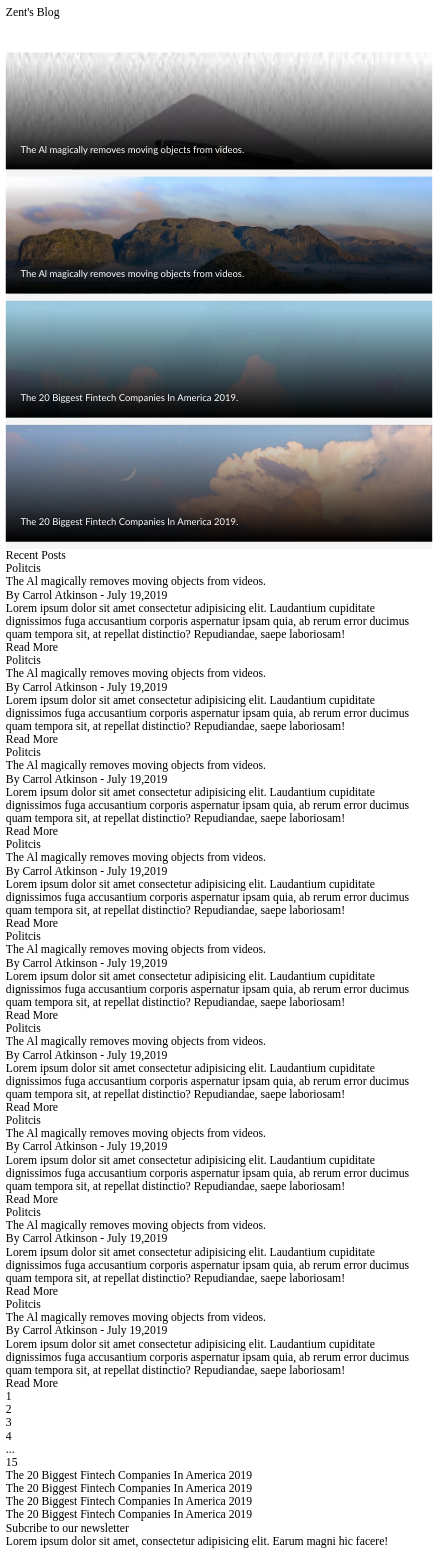
Repository: giacatdat2k5/html3
Page: html3.vs/7.1.html
An editor plug-in stored every save of this project. The page is shown before and after the next save, followed by the edit.
The browser window is 600 px wide. The pictures show the whole page, at 73% of full size.

Above is the page before, as saved 2023-09-27 21:12:08.

### html3.vs/7.1.html
<!DOCTYPE html>
<html lang="en">
<head>
    <meta charset="UTF-8">
    <meta name="viewport" content="width=device-width, initial-scale=1.0">
    <title>7.2</title>
    <link rel="stylesheet" type="text/css" href="7.1.css">
    <link rel="stylesheet" href="https://cdnjs.cloudflare.com/ajax/libs/font-awesome/6.4.2/css/all.min.css"/>
</head>
<body>
    <div id="header">
        <div class="logo">Zent's Blog </div>
        <div class="menu">
            <div class="items">Home</div>
            <div class="items">Politcis</div>
            <div class="items">Tech</div>
            <div class="items">Entertaiment</div>
            <div class="items">Travels</div>
            <div class="items">Sports</div>
            <div class="search"><i class="fa-solid fa-magnifying-glass"></i></div>
        </div>
    </div>
    <div id="content">
        <div class="left">
            <div class="imageleft">
                <div class="iamge1">
                    <div class="edit">The Al magically removes moving objects from videos.</div>
                </div>
                <div class="iamge2">
                    <div class="edit">The Al magically removes moving objects from videos.</div>
                </div>
            </div>
        </div>
        <div class="center">
            <div class="imagecenter">
                <div class="iamge3">
                    <div class="edit">The Al magically removes moving objects from videos.</div>
                </div>
            </div>
        </div>
        <div class="right">
            <div class="iamgeright">
                <div class="iamge4">
                    <div class="edit">
                        The 20 Biggest Fintech Companies In
                        America 2019.</div>
                </div>
                <div class="iamge5">
                    <div class="edit">
                        The 20 Biggest Fintech Companies In
                        America 2019.</div>
                </div>
            </div>
        </div>
    </div>
    <div id="header2">Recent Posts</div>
    <div id="content2">
        <div class="centercontent2">
            <div class="ccitems">
                <div class="picture"></div>
                <div class="tag">
                    <div class="tagitem">Politcis</div>
                </div>
                <div class="text">The Al magically removes moving objects from videos.</div>
                <div class="author">
                <div class="avt"></div>
                <div class="name">
                    <span class="c">By</span>
                    Carrol Atkinson
                    <span class="c">- July 19,2019</span>
                </div>
                </div>
                <div class="lorem">Lorem ipsum dolor sit amet consectetur adipisicing elit. Laudantium cupiditate dignissimos fuga accusantium corporis aspernatur ipsam quia, ab rerum error ducimus quam tempora sit, at repellat distinctio? Repudiandae, saepe laboriosam!</div>
                <div class="read"> Read More</div>
            </div>
            <div class="ccitems"><div class="picture"></div>
            <div class="tag">
                <div class="tagitem">Politcis</div>
            </div>
            <div class="text">The Al magically removes moving objects from videos.</div>
            <div class="author">
            <div class="avt"></div>
            <div class="name">
                <span class="c">By</span>
                Carrol Atkinson
                <span class="c">- July 19,2019</span>
            </div>
            </div>
            <div class="lorem">Lorem ipsum dolor sit amet consectetur adipisicing elit. Laudantium cupiditate dignissimos fuga accusantium corporis aspernatur ipsam quia, ab rerum error ducimus quam tempora sit, at repellat distinctio? Repudiandae, saepe laboriosam!</div>
            <div class="read"> Read More</div></div>
            <div class="ccitems"><div class="picture"></div>
            <div class="tag">
                <div class="tagitem">Politcis</div>
            </div>
            <div class="text">The Al magically removes moving objects from videos.</div>
            <div class="author">
            <div class="avt"></div>
            <div class="name">
                <span class="c">By</span>
                Carrol Atkinson
                <span class="c">- July 19,2019</span>
            </div>
            </div>
            <div class="lorem">Lorem ipsum dolor sit amet consectetur adipisicing elit. Laudantium cupiditate dignissimos fuga accusantium corporis aspernatur ipsam quia, ab rerum error ducimus quam tempora sit, at repellat distinctio? Repudiandae, saepe laboriosam!</div>
            <div class="read"> Read More</div></div>
            <div class="ccitems"><div class="picture"></div>
            <div class="tag">
                <div class="tagitem">Politcis</div>
            </div>
            <div class="text">The Al magically removes moving objects from videos.</div>
            <div class="author">
            <div class="avt"></div>
            <div class="name">
                <span class="c">By</span>
                Carrol Atkinson
                <span class="c">- July 19,2019</span>
            </div>
            </div>
            <div class="lorem">Lorem ipsum dolor sit amet consectetur adipisicing elit. Laudantium cupiditate dignissimos fuga accusantium corporis aspernatur ipsam quia, ab rerum error ducimus quam tempora sit, at repellat distinctio? Repudiandae, saepe laboriosam!</div>
            <div class="read"> Read More</div></div>
            <div class="ccitems"><div class="picture"></div>
            <div class="tag">
                <div class="tagitem">Politcis</div>
            </div>
            <div class="text">The Al magically removes moving objects from videos.</div>
            <div class="author">
            <div class="avt"></div>
            <div class="name">
                <span class="c">By</span>
                Carrol Atkinson
                <span class="c">- July 19,2019</span>
            </div>
            </div>
            <div class="lorem">Lorem ipsum dolor sit amet consectetur adipisicing elit. Laudantium cupiditate dignissimos fuga accusantium corporis aspernatur ipsam quia, ab rerum error ducimus quam tempora sit, at repellat distinctio? Repudiandae, saepe laboriosam!</div>
            <div class="read"> Read More</div></div>
            <div class="ccitems"><div class="picture"></div>
            <div class="tag">
                <div class="tagitem">Politcis</div>
            </div>
            <div class="text">The Al magically removes moving objects from videos.</div>
            <div class="author">
            <div class="avt"></div>
            <div class="name">
                <span class="c">By</span>
                Carrol Atkinson
                <span class="c">- July 19,2019</span>
            </div>
            </div>
            <div class="lorem">Lorem ipsum dolor sit amet consectetur adipisicing elit. Laudantium cupiditate dignissimos fuga accusantium corporis aspernatur ipsam quia, ab rerum error ducimus quam tempora sit, at repellat distinctio? Repudiandae, saepe laboriosam!</div>
            <div class="read"> Read More</div></div>
            <div class="ccitems"><div class="picture"></div>
            <div class="tag">
                <div class="tagitem">Politcis</div>
            </div>
            <div class="text">The Al magically removes moving objects from videos.</div>
            <div class="author">
            <div class="avt"></div>
            <div class="name">
                <span class="c">By</span>
                Carrol Atkinson
                <span class="c">- July 19,2019</span>
            </div>
            </div>
            <div class="lorem">Lorem ipsum dolor sit amet consectetur adipisicing elit. Laudantium cupiditate dignissimos fuga accusantium corporis aspernatur ipsam quia, ab rerum error ducimus quam tempora sit, at repellat distinctio? Repudiandae, saepe laboriosam!</div>
            <div class="read"> Read More</div></div>
            <div class="ccitems"><div class="picture"></div>
            <div class="tag">
                <div class="tagitem">Politcis</div>
            </div>
            <div class="text">The Al magically removes moving objects from videos.</div>
            <div class="author">
            <div class="avt"></div>
            <div class="name">
                <span class="c">By</span>
                Carrol Atkinson
                <span class="c">- July 19,2019</span>
            </div>
            </div>
            <div class="lorem">Lorem ipsum dolor sit amet consectetur adipisicing elit. Laudantium cupiditate dignissimos fuga accusantium corporis aspernatur ipsam quia, ab rerum error ducimus quam tempora sit, at repellat distinctio? Repudiandae, saepe laboriosam!</div>
            <div class="read"> Read More</div></div>
            <div class="ccitems"><div class="picture"></div>
            <div class="tag">
                <div class="tagitem">Politcis</div>
            </div>
            <div class="text">The Al magically removes moving objects from videos.</div>
            <div class="author">
            <div class="avt"></div>
            <div class="name">
                <span class="c">By</span>
                Carrol Atkinson
                <span class="c">- July 19,2019</span>
            </div>
            </div>
            <div class="lorem">Lorem ipsum dolor sit amet consectetur adipisicing elit. Laudantium cupiditate dignissimos fuga accusantium corporis aspernatur ipsam quia, ab rerum error ducimus quam tempora sit, at repellat distinctio? Repudiandae, saepe laboriosam!</div>
            <div class="read"> Read More</div></div>
            </div>
        </div>
    <div class="page">
        <div class="kofull">1</div>
        <div class="full">2</div>
        <div class="full">3</div>
        <div class="full">4</div>
        <div class="kofullfull">...</div>
        <div class="full">15</div>
    </div>
    <div class="content3">
        <div class="content3left">
            <div class="c3l1">
                <div class="c3l4">
                    <div class="edit2">
                        The 20 Biggest Fintech Companies In
                        America 2019
                    </div>
                </div>
            </div>
            <div class="c3l2">
                <div class="c3l3"> <div class="edit3">
                    The 20 Biggest Fintech Companies In
                    America 2019
                    </div></div>
                <div class="c3l3"> <div class="edit3">
                    The 20 Biggest Fintech Companies In
                    America 2019
                </div></div>
            </div>
        </div>
        <div class="content3right">
            <div class="c3r">
                <div class="edit4">
                    The 20 Biggest Fintech Companies In
                    America 2019
                </div>
        </div>
        </div>
    </div>
    <div class="footer">
        <div class="ft1">Subcribe to our newsletter</div>
        <div class="ft2">Lorem ipsum dolor sit amet, consectetur adipisicing elit. Earum magni hic facere! </div>

    </div>
</body>
</html>

### html3.vs/7.1.css
@media all and (min-width: 992px){
*{
    margin:0;
    padding: 0;
    font-family:'Trebuchet MS', 'Lucida Sans Unicode', 'Lucida Grande', 'Lucida Sans', Arial, sans-serif;
}
#header{
    width: 100%;
    height: 3em;
    display: flex;
    justify-content: space-between;
}
.logo{
    font-size: 20px;
    width: 120px;
    text-align: center;
    padding: 10px;
    font-weight: bold;
    font-family:'Trebuchet MS', 'Lucida Sans Unicode', 'Lucida Grande', 'Lucida Sans', Arial, sans-serif;

}
.menu{
    width: 510px;
    display: flex;
}
.items{
    width: 90px;
    padding: 10px;
    font-weight: bold;
    font-family:'Trebuchet MS', 'Lucida Sans Unicode', 'Lucida Grande', 'Lucida Sans', Arial, sans-serif;
}
.search{
    width: 30px;
    padding: 10px;
}
#content{
    width: 100%;
    height: 430px;
    background-color:whitesmoke;
    display: flex;
}
.left{
    width: 38%;
    height: 100%;

    display: flex;
    justify-content: right;
    align-items: center;
}
.center{
    width: 26%;
    height: 100%;
    display: flex;
    align-items:center;
    justify-content: center;
}
.right{
    width: 38%;
    height: 100%;

    display: flex;
    justify-content: left;
    align-items: center;
}
.imageleft{
    width: 65%;
    height: 100%;
    display: flex;
    flex-wrap: wrap;
    align-items: center;
}
.iamge1{
    background-image: url('image5.jpeg');
    background-size: cover;
    width: 100%;
    height: 160px;
    display:flex;
    align-items: end;
}
.iamge2{
    background-image: url('image3.jpeg');
    background-size: cover;
    width: 100%;
    height: 160px;
    display:flex;
    align-items: end;
}
.edit{
    width: 100%;
    height: 80%;
    background: linear-gradient(to bottom, transparent, rgba(0, 0, 0, 1));
    color:white;
    display:flex;
    align-items: end;
    padding-left: 20px;
    padding-bottom: 20px;
    padding-right: 20px;
    font-family:'Trebuchet MS', 'Lucida Sans Unicode', 'Lucida Grande', 'Lucida Sans', Arial, sans-serif;
    font-size: small;
    text-shadow: 0 0 10px rgba(0, 0, 0, 0.5);
}
.imagecenter{
    width: 80%;
    height:372px;
    align-items:center;
    justify-content: center;
}
.iamge3{
    background-image: url('anh dọc.jpeg');
    background-size: cover;
    width: 100%;
    height: 100%;
    display:flex;
    align-items: end;
}
.iamgeright{
    width: 65%;
    height: 100%;
    display: flex;
    flex-wrap: wrap;
    align-items: center;
}
.iamge4{
    background-image: url('anh ngang 1.jpeg');
    background-size: cover;
    width: 100%;
    height: 160px;
    display:flex;
    align-items: end;
}
.iamge5{
    background-image: url('ảnh ngnag 2.jpeg');
    background-size: cover;
    width: 100%;
    height: 160px;
    display:flex;
    align-items: end;
}
#header2{
    width: 100%;
    height: 6em;
    font-size:xx-large;
    display: flex;
    align-items: center;
    padding-left: 182px;
}
#content2{
    width: 100%;
    height: 1950px;
    display: flex;
    justify-content: center
}
.centercontent2{
    width:1032px;
    height: 100%;
    display: flex;
    flex-wrap: wrap;
    border-bottom: 1px solid black;
}
.ccitems{
    width: 33.33333%;
    height: 33.333333%;
}
.picture{
    width: 90%;
    height: 200px;
    background-image: url('anh ngang 1.jpeg');
    background-size: cover;
    border-radius: 5%;
}
.tag{
    width: 90%;
    height: 30px;
    display: flex;
    align-items: center;
    padding-left: 20px;
}
.tagitem{
    width: 70px;
    height: 20px;
    color: white;
    background-color: darkcyan;
    border-radius: 5px;
    display: flex;
    justify-content: center;
    align-items: center;
}
.text{
    width: 90%;
    height: 80px;
    display: flex;
    padding-left: 20px;
    font-size: 21px;
}
.author{
    width: 90%;
    height: 80px;
    display: flex;
    align-items: center;
    padding-left: 20px;
}
.avt{
    width: 50px;
    height: 50px;
    background-image: url('pngtree-hand-draw-person-avatar-icon-vector-png-image_7102689.png');
    background-size: cover;
    border-radius: 50%;
}
.name{
    width: 260px;
    height: 100%;
    display: flex;
    align-items: center;
    font-size: small;
}
.c{
    color: #ccc;
}
.lorem{
    width: 90%;
    height: 185px;
    display: flex;
    padding-left: 20px;
    font-size: 15px;
    line-height: 30px;
    font-weight:lighter;
}
.read{
    width: 90%;
    height: 80px;
    display: flex;
    padding-left: 20px;
    color:#00CCFF;
}
.page{
    width: 100%;
    height: 120px;
    display: flex;
    justify-content: center;
    align-items:center;
}
.kofull{
    color:black;
    background-color: white;
    margin:2px;
    width: 30px;
    height: 30px;
    display: flex;
    align-items: center;
    justify-content: center;
}
.full{
    color:white;
    background-color: #3399FF;
    margin:2px;
    width: 30px;
    height: 30px;
    border-radius: 50%;
    display: flex;
    align-items: center;
    justify-content: center;
}
.content3{
    width: 100%;
    height: 650px;
    background-color:whitesmoke;
    display: flex;
}
.content3left{
    width: 55%;
    height: 100%;
    display:flex ;
    flex-wrap: wrap;
}
.content3right{
    width: 45%;
    height: 100%;
    display: flex;
    align-items: center;

}
.c3l1{
    width: 100%;
    height: 55%;
    display: flex;
    align-items: center;
    justify-content: end;
}
.c3l4{
    width: 586px;
    height: 75%;
    background-image: url('ảnh ngnag 2.jpeg');
    background-size: cover;
    margin: 25px;
}
.c3l2{
    width: 100%;
    height: 45%;
    display: flex;
    align-items: start;
    justify-content: end;
}
.c3l3{
    width: 35%;
    height: 76.6%;
    background-image: url('ảnh vuông.jpeg');
    background-size: cover;
    margin: 25px;
}
.c3r{
    width: 70%;
    height: 564px;
    background-image: url('ảnh dọc đjep .jpeg');
    background-size: cover;
}
.edit2{
    height: 100%;
    background: linear-gradient(to bottom, transparent, rgba(0, 0, 0, 1));
    color:white;
    display:flex;
    align-items: end;
    padding-left: 20px;
    padding-bottom: 20px;
    padding-right: 20px;
    font-family:'Trebuchet MS', 'Lucida Sans Unicode', 'Lucida Grande', 'Lucida Sans', Arial, sans-serif;
    font-size: large;
    text-shadow: 0 0 10px rgba(0, 0, 0, 0.5);
}
.edit3{
    height: 91%;
    background: linear-gradient(to bottom, transparent, rgba(0, 0, 0, 1));
    color:white;
    display:flex;
    align-items: end;
    padding-left: 20px;
    padding-bottom: 20px;
    padding-right: 20px;
    font-family:'Trebuchet MS', 'Lucida Sans Unicode', 'Lucida Grande', 'Lucida Sans', Arial, sans-serif;
    font-size: large;
    text-shadow: 0 0 10px rgba(0, 0, 0, 0.5);
}
.edit4{
    height: 96%;
    background: linear-gradient(to bottom, transparent, rgba(0, 0, 0, 1));
    color:white;
    display:flex;
    align-items: end;
    padding-left: 20px;
    padding-bottom: 20px;
    padding-right: 20px;
    font-family:'Trebuchet MS', 'Lucida Sans Unicode', 'Lucida Grande', 'Lucida Sans', Arial, sans-serif;
    font-size: large;
    text-shadow: 0 0 10px rgba(0, 0, 0, 0.5);
}
.footer{
    width: 100%;
    height: 200px;
}
.ft1{
    width: 100%;
    height: 33%;
    display: flex;
    align-items: end;
    font-size: x-large;
    color: black;
    justify-content: center;
}
.ft2{
    width: 100%;
    height: 60px;
    display: flex;
    align-items: center;
    justify-content: center;
    color: black;
}
}
@media all and (min-width: 320px) and (max-width: 767px){
    #header{
        width: 100%;
        height: 4em;
        display: flex;
        justify-content: space-between;
    }
    .menu{
        width: 510px;
        display: none;
    }
    #content{
        width: 100%;
        height: 680px;
        background-color:whitesmoke;
        display: block;
    }
    .left{
        width: 100%;
        height: 50%;
        display: block;
        justify-content: right;
        align-items: center;
    }
    .center{
        width: 100%;
        height: 33.3%;
        display: none;
        align-items:center;
        justify-content: center;
    }
    .right{
        width: 100%;
        height: 50%;

        display: block;
        justify-content: left;
        align-items: center;
    }
    .imageleft{
        width: 100%;
        height: 50%;
        display: block;
        flex-wrap: wrap;
        align-items: center;
    }
    .iamge1{
        background-image: url('image5.jpeg');
        background-size: cover;
        width: 100%;
        height: 160px;
        display:flex;
        align-items: end;
        margin-bottom: 10px;
    }
    .iamge2{
        background-image: url('image3.jpeg');
        background-size: cover;
        width: 100%;
        height: 160px;
        display:flex;
        align-items: end;
        margin-bottom: 10px;
    }
    .edit{
        width: 100%;
        height: 80%;
        background: linear-gradient(to bottom, transparent, rgba(0, 0, 0, 1));
        color:white;
        display:flex;
        align-items: end;
        padding-left: 20px;
        padding-bottom: 20px;
        padding-right: 20px;
        font-family:'Trebuchet MS', 'Lucida Sans Unicode', 'Lucida Grande', 'Lucida Sans', Arial, sans-serif;
        font-size: small;
        text-shadow: 0 0 10px rgba(0, 0, 0, 0.5);
    }
    .imagecenter{
        width: 0%;
        height: 0%;
        align-items:center;
        justify-content: center;
        display: none;
    }
    .iamge3{
        background-image: url('anh dọc.jpeg');
        background-size: cover;
        width: 100%;
        height: 100%;
        display:none;
        align-items: end;
    }
    .iamgeright{
        width: 100%;
        height: 50%;
        display: flex;
        flex-wrap: wrap;
        align-items: center;
    }
    .iamge4{
        background-image: url('anh ngang 1.jpeg');
        background-size: cover;
        width: 100%;
        height: 160px;
        display:flex;
        align-items: end;
        margin-bottom: 10px;
    }
    .iamge5{
        background-image: url('ảnh ngnag 2.jpeg');
        background-size: cover;
        width: 100%;
        height: 160px;
        display:flex;
        align-items: end;
        margin-bottom: 10px;
    }

}

After the next save:
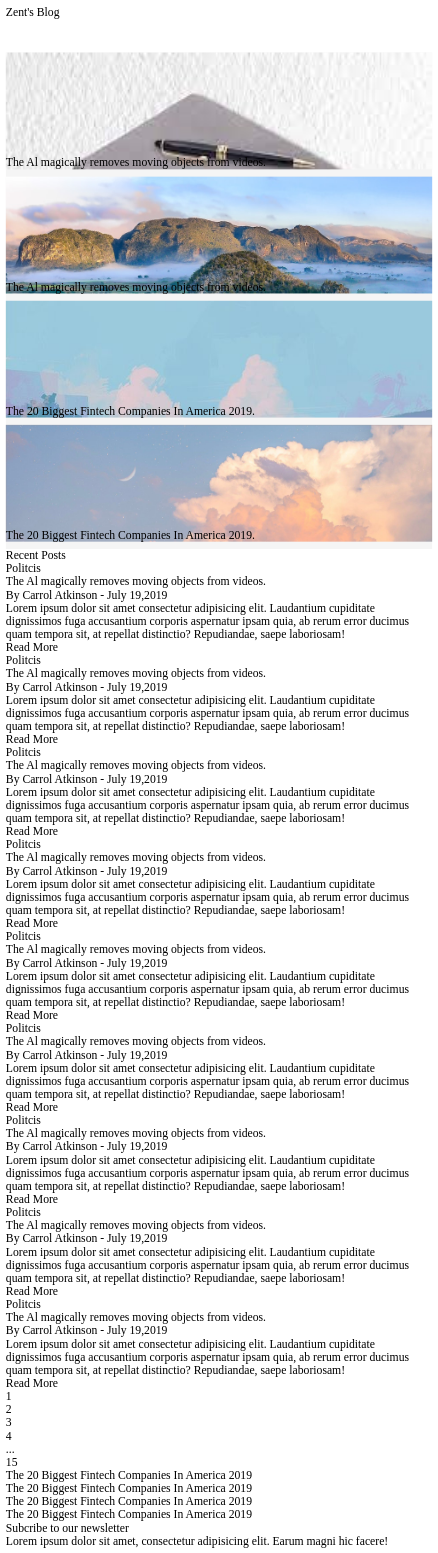
Saved 54 s later.
--- a/html3.vs/7.1.css
+++ b/html3.vs/7.1.css
@@ -438,35 +438,6 @@
         align-items: end;
         margin-bottom: 10px;
     }
-    .edit{
-        width: 100%;
-        height: 80%;
-        background: linear-gradient(to bottom, transparent, rgba(0, 0, 0, 1));
-        color:white;
-        display:flex;
-        align-items: end;
-        padding-left: 20px;
-        padding-bottom: 20px;
-        padding-right: 20px;
-        font-family:'Trebuchet MS', 'Lucida Sans Unicode', 'Lucida Grande', 'Lucida Sans', Arial, sans-serif;
-        font-size: small;
-        text-shadow: 0 0 10px rgba(0, 0, 0, 0.5);
-    }
-    .imagecenter{
-        width: 0%;
-        height: 0%;
-        align-items:center;
-        justify-content: center;
-        display: none;
-    }
-    .iamge3{
-        background-image: url('anh dọc.jpeg');
-        background-size: cover;
-        width: 100%;
-        height: 100%;
-        display:none;
-        align-items: end;
-    }
     .iamgeright{
         width: 100%;
         height: 50%;

After the 2 saves that followed:
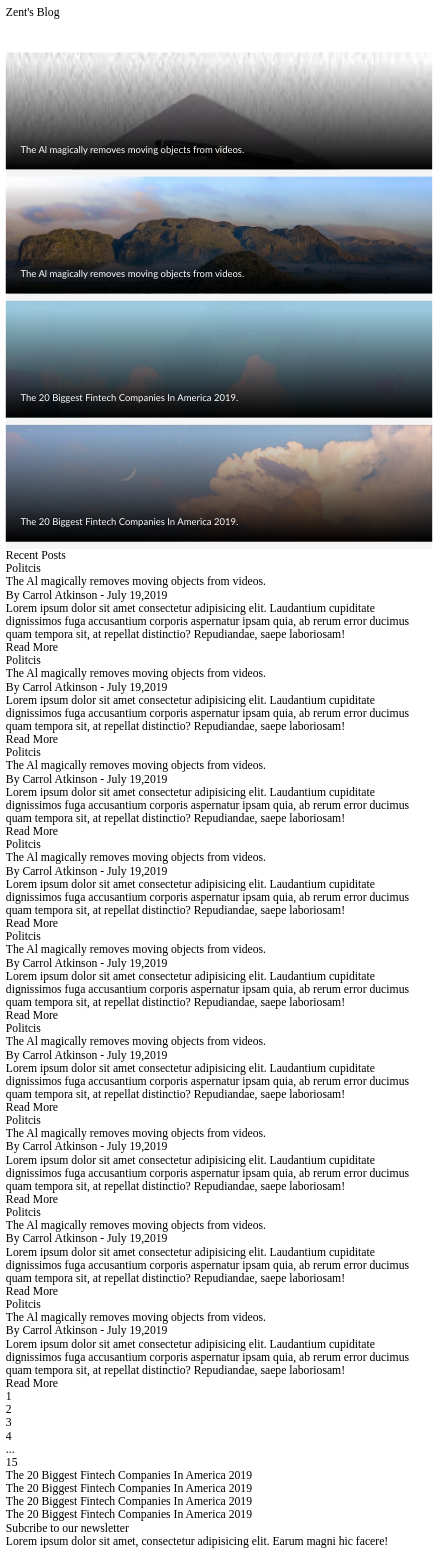
The 2 saves are shown as one change because they came seconds apart.
The last was saved 22 s later.
--- a/html3.vs/7.1.css
+++ b/html3.vs/7.1.css
@@ -438,6 +438,35 @@
         align-items: end;
         margin-bottom: 10px;
     }
+    .edit{
+        width: 100%;
+        height: 80%;
+        background: linear-gradient(to bottom, transparent, rgba(0, 0, 0, 1));
+        color:white;
+        display:flex;
+        align-items: end;
+        padding-left: 20px;
+        padding-bottom: 20px;
+        padding-right: 20px;
+        font-family:'Trebuchet MS', 'Lucida Sans Unicode', 'Lucida Grande', 'Lucida Sans', Arial, sans-serif;
+        font-size: small;
+        text-shadow: 0 0 10px rgba(0, 0, 0, 0.5);
+    }
+    .imagecenter{
+        width: 0%;
+        height: 0%;
+        align-items:center;
+        justify-content: center;
+        display: none;
+    }
+    .iamge3{
+        background-image: url('anh dọc.jpeg');
+        background-size: cover;
+        width: 100%;
+        height: 100%;
+        display:none;
+        align-items: end;
+    }
     .iamgeright{
         width: 100%;
         height: 50%;
